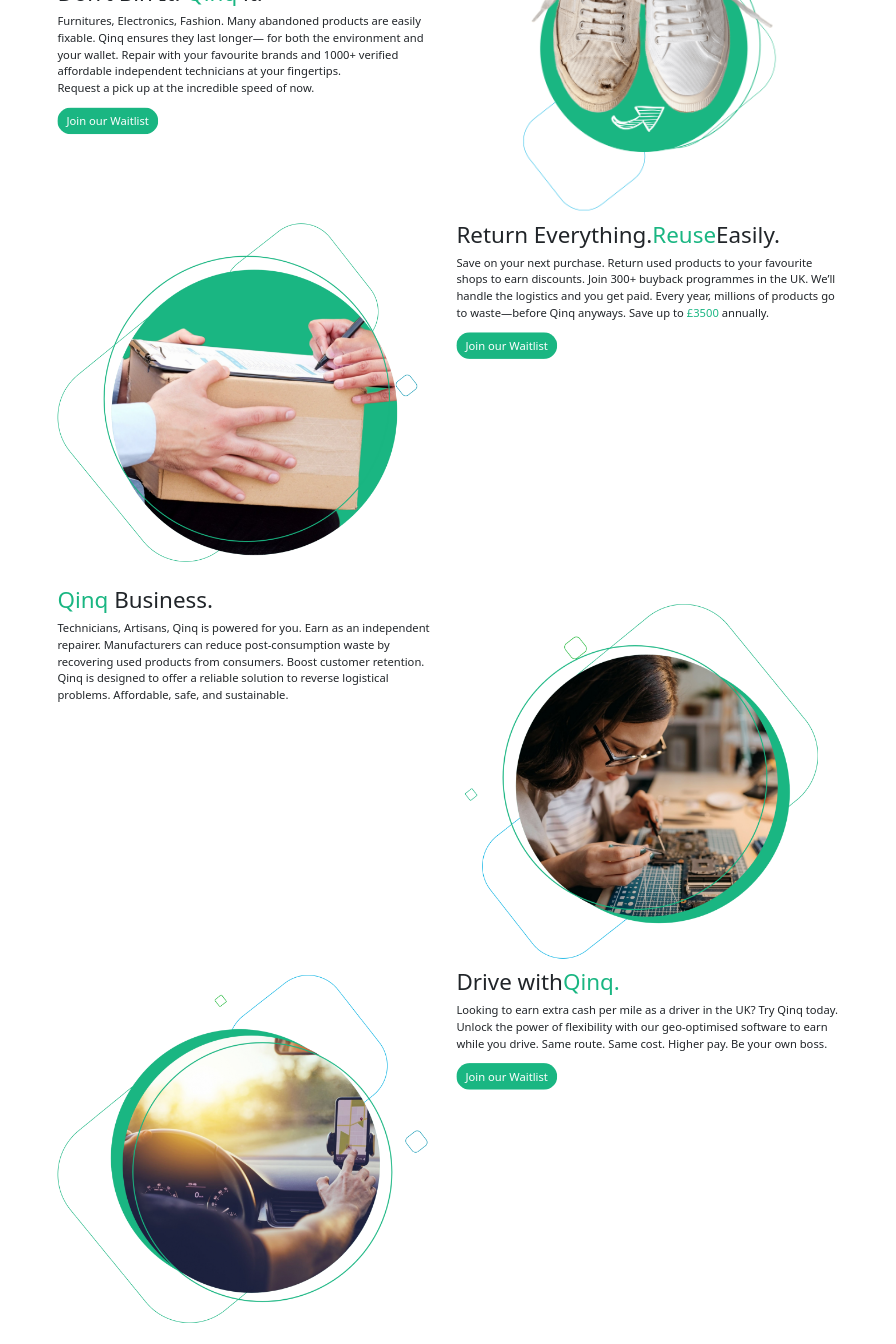
Repository: HelloQinq2023/qinq.github.io
Page: index.html
An editor plug-in stored every save of this project. The page is shown before and after the next save, followed by the edit.
The browser window is 1280 px wide. The pictures show the part of the page from y = 684 to 2604 px (the page is 2604 px tall before and 2474 px after), at 70% of full size.

Above is the page before, as saved 2023-02-22 15:57:06.

### index.html
<!doctype html>
<html lang="en">
  <head>
    <meta charset="utf-8">
    <meta name="viewport" content="width=device-width, initial-scale=1">
    <title>Qinq</title>
    <link href="https://cdn.jsdelivr.net/npm/bootstrap@5.3.0-alpha1/dist/css/bootstrap.min.css" rel="stylesheet" integrity="sha384-GLhlTQ8iRABdZLl6O3oVMWSktQOp6b7In1Zl3/Jr59b6EGGoI1aFkw7cmDA6j6gD" crossorigin="anonymous">
    <link rel="stylesheet" type="text/css" href="css/style.css" />
  </head>
  <body>
    <nav class="navbar navbar-expand-lg bg-body-tertiary">
        <div class="container">
          <a class="navbar-brand" href="#"><img src="images/logo.png" class="w-50"></a>
          <button class="navbar-toggler" type="button" data-bs-toggle="collapse" data-bs-target="#navbarNav" aria-controls="navbarNav" aria-expanded="false" aria-label="Toggle navigation">
            <span class="navbar-toggler-icon"></span>
          </button>
          <div class="collapse navbar-collapse" id="navbarNav">
            <ul class="navbar-nav ms-auto">
              <li class="nav-item">
                <a class="nav-link active" aria-current="page" href="#">Home</a>
              </li>
              <li class="nav-item">
                <a class="nav-link" href="#">About</a>
              </li>
              <li class="nav-item">
                <a class="nav-link" href="#">Features</a>
              </li>
            </ul>
          </div>
        </div>
      </nav>

      <section id="about">
        <div class="container py-3">
            <div class="row">
                <div class="col-md-6 d-flex justify-content-center align-items-center">
                    <img src="images/about1.png" class="w-75 img-fluid img-responsive img">
                </div>
                <div class="col-md-6 d-flex justify-content-center align-items-center">
                    <div>
                        <h2>About<span class="green">Qinq</span></h2>
                        <p>Qinq extends your favourite products’ lifespans with the magic of now.
                            Originating from “kink” meaning “a sharp curve in something that is otherwise straight”. Similarly, Qinq closes the product use loops—repair and reuse easily. Endless possibilities to earn, save and share.</p>
                    </div>
                </div>
            </div>
        </div>

        <div class="container py-3">
            <div class="row">
                <div class="col-md-6 d-flex justify-content-center align-items-center">
                    <div>
                        <h2>Don’t Bin It. <span class="green">Qinq</span> it.</h2>
                        <p>Furnitures, Electronics, Fashion.
                            Many abandoned products are easily fixable. Qinq ensures they last longer— for both the environment and your wallet.
                            Repair with your favourite brands and 1000+ verified affordable independent technicians at your fingertips.
                            <br>
                            Request a pick up at the incredible speed of now.</p>
                            <button class="btn greenbg text-white rounded-pill"> Join our Waitlist</button>
                    </div>
                </div>
                <div class="col-md-6 d-flex justify-content-center align-items-center">
                    <img src="images/about2.png" class="w-75 img-fluid img-responsive img">
                </div>
            </div>

        </div>
      </section>

      <section id="features">
        <div class="container">
            <div class="row">
                <div class="col-md-6">
                    <img src="images/features.png" class="w-100 img-fluid img-responsive img">
                </div>
                <div class="col-md-6">
                    <h2>Return Everything.<span class="green">Reuse</span>Easily.</h2>
                    <p>Save on your next purchase. Return used products to your favourite shops to earn discounts. Join 300+ buyback programmes in the UK. We’ll handle the logistics and you get paid.
                        Every year, millions of products go to waste—before Qinq anyways. Save up to <span class="green">£3500</span> annually.</p>

                        <button class="btn greenbg text-white rounded-pill"> Join our Waitlist</button>
                </div>
            </div>
        </div>

        <div class="container">
            <div class="row">
                <div class="col-md-6">
                    <h2><span class="green">Qinq</span> Business.</h2>
                    <p>Technicians, Artisans, Qinq is powered for you. Earn as an independent repairer.
                        Manufacturers can reduce post-consumption waste by recovering used products from consumers. Boost customer retention. Qinq is designed to offer a reliable solution to reverse logistical problems. Affordable, safe, and sustainable.</p>
                </div>
                <div class="col-md-6">
                    <img src="images/features1.png" class="w-100 img-fluid img-responsive img">
                </div>
            </div>

        </div>


        <div class="container">
            <div class="row">
                <div class="col-md-6">
                    <img src="images/features2.png" class="w-100 img-fluid img-responsive img">
                </div>
                <div class="col-md-6 ">
                    <h2>Drive with<span class="green">Qinq.</span></h2>
                    <p>Looking to earn extra cash per mile as a driver in the UK? Try Qinq today.
                        Unlock the power of flexibility with our geo-optimised software to earn while you drive.
                        Same route. Same cost. Higher pay. Be your own boss.</p>

                        <button class="btn greenbg text-white rounded-pill"> Join our Waitlist</button>
                </div>
            </div>
        </div>
      </section>

    <script src="https://cdn.jsdelivr.net/npm/bootstrap@5.3.0-alpha1/dist/js/bootstrap.bundle.min.js" integrity="sha384-w76AqPfDkMBDXo30jS1Sgez6pr3x5MlQ1ZAGC+nuZB+EYdgRZgiwxhTBTkF7CXvN" crossorigin="anonymous"></script>
  </body>
</html>

### css/style.css
.green{
    color:#1ab682
}

.greenbg{
    background-color: #1ab682;
}

After the next save:
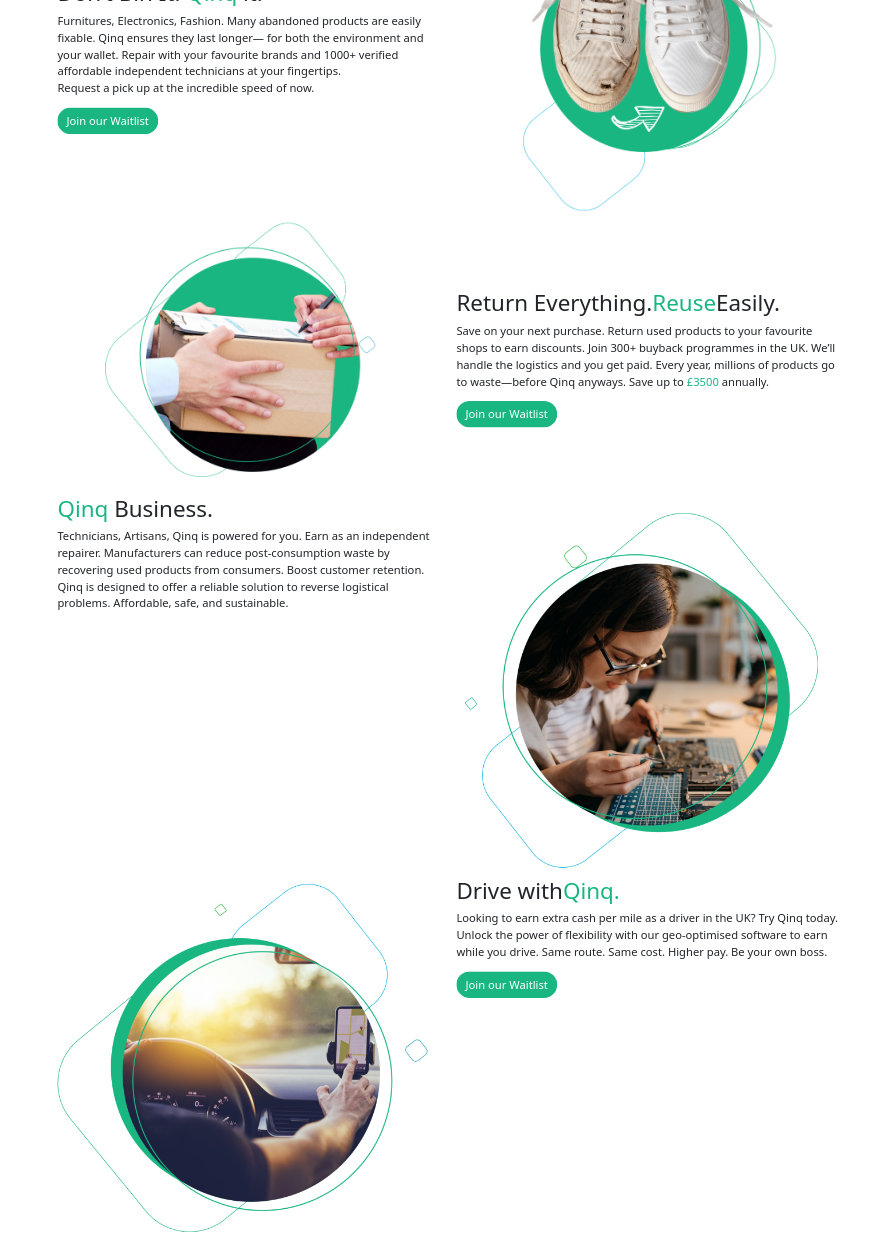
Saved 4 min 39 s later.
--- a/index.html
+++ b/index.html
@@ -70,15 +70,17 @@
       <section id="features">
         <div class="container">
             <div class="row">
-                <div class="col-md-6">
-                    <img src="images/features.png" class="w-100 img-fluid img-responsive img">
+                <div class="col-md-6 d-flex justify-content-center align-items-center">
+                    <img src="images/features.png" class="w-75 img-fluid img-responsive img">
                 </div>
-                <div class="col-md-6">
-                    <h2>Return Everything.<span class="green">Reuse</span>Easily.</h2>
-                    <p>Save on your next purchase. Return used products to your favourite shops to earn discounts. Join 300+ buyback programmes in the UK. We’ll handle the logistics and you get paid.
-                        Every year, millions of products go to waste—before Qinq anyways. Save up to <span class="green">£3500</span> annually.</p>
+                <div class="col-md-6 d-flex justify-content-center align-items-center">
+                    <div>
+                        <h2>Return Everything.<span class="green">Reuse</span>Easily.</h2>
+                        <p>Save on your next purchase. Return used products to your favourite shops to earn discounts. Join 300+ buyback programmes in the UK. We’ll handle the logistics and you get paid.
+                            Every year, millions of products go to waste—before Qinq anyways. Save up to <span class="green">£3500</span> annually.</p>
 
-                        <button class="btn greenbg text-white rounded-pill"> Join our Waitlist</button>
+                            <button class="btn greenbg text-white rounded-pill"> Join our Waitlist</button>
+                    </div>
                 </div>
             </div>
         </div>
